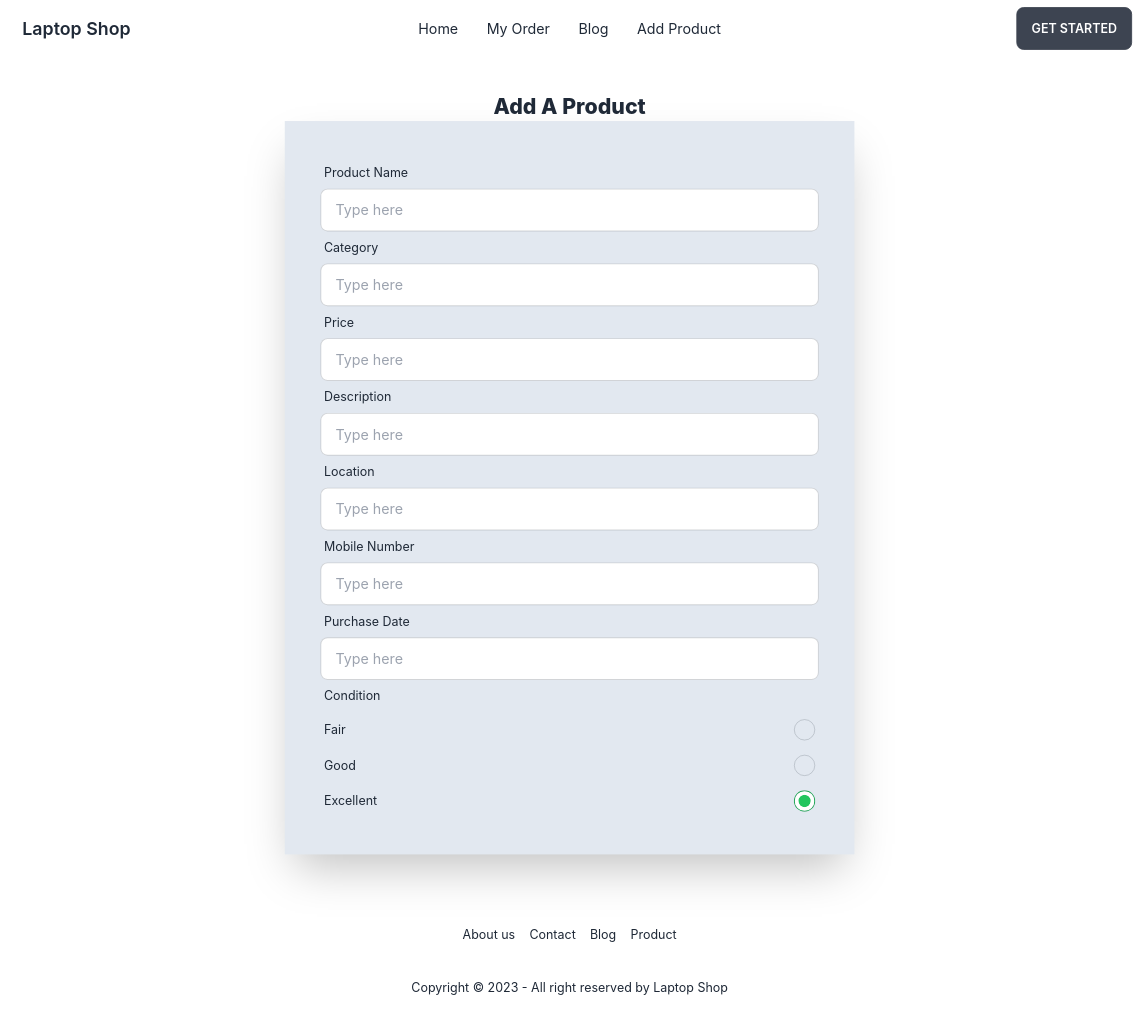
Repository: mdsajib50/E-commerce
Page: /add-product
An editor plug-in stored every save of this project. The page is shown before and after the next save, followed by the edit.
The browser window is 1280 px wide. The pictures show the whole page, at 89% of full size.
The project was rebuilt for these pictures with package versions that can differ from the ones it lists, and the page was loaded fresh each time. Also part of the build but not shown: src/Pages/Home/Banner/Banner.js, src/Pages/Home/Product/ProductCard.js, src/Pages/Home/Product/Product.js, src/Pages/Home/Home/Home.js.

Above is the page before, as saved 2023-01-11 23:21:43.

### src/App.js
import logo from './logo.svg';
import './App.css';
import { RouterProvider } from 'react-router';
import router from './Routes/Router';

function App() {
  return (
    <div className="App">
        <RouterProvider router={router}></RouterProvider>
    </div>
  );
}

export default App;

### src/Routes/Router.js
import React from 'react';
import { createBrowserRouter } from 'react-router-dom';
import Main from '../Layout/Main/Main';
import AddProduct from '../Pages/AddProduct/AddProduct';
import Home from '../Pages/Home/Home/Home';

const router = createBrowserRouter([
    {
        path: '/',
        element: <Main></Main>,
        children:[
            {
                path:'/',
                element:<Home></Home>
            },
            {
                path:'/home',
                element:<Home></Home>
            },
            {
                path: '/add-product',
                element: <AddProduct></AddProduct>
            }
        ]
    }
])

export default router;

### src/Layout/Main/Main.js
import React from 'react';
import { Outlet } from 'react-router';
import Footer from '../../Pages/Shared/Footer/Footer';
import Header from '../../Pages/Shared/Header/Header';

const Main = () => {
    return (
        <div>
            <Header></Header>
            <Outlet></Outlet>
            <Footer></Footer>
        </div>
    );
};

export default Main;

### src/Pages/AddProduct/AddProduct.js
import React from 'react';

const AddProduct = () => {
    return (
        <div className='my-10'>
            <h1 className='text-center font-extrabold text-2xl'>Add A Product</h1>
           <div className=' text-center w-1/2 mx-auto shadow-2xl bg-slate-200 p-10 mt'>
                <form>
                    <div className="form-control">
                        <label className="label">
                            <span className="label-text">Product Name</span>
                        </label>
                        <input type="text" name='product_name' placeholder="Type here" className="input input-bordered" />
                    </div>
                    <div className="form-control">
                        <label className="label">
                            <span className="label-text">Category</span>
                        </label>
                        <input type="text" name='category' placeholder="Type here" className="input input-bordered" />
                    </div>
                    <div className="form-control">
                        <label className="label">
                            <span className="label-text">Price</span>
                        </label>
                        <input type="text" name='price' placeholder="Type here" className="input input-bordered" />
                    </div>
                    <div className="form-control">
                        <label className="label">
                            <span className="label-text">Description</span>
                        </label>
                        <input type="text" name='description' placeholder="Type here" className="input input-bordered" />
                    </div>
                    <div className="form-control">
                        <label className="label">
                            <span className="label-text">Location</span>
                        </label>
                        <input type="text" name='location' placeholder="Type here" className="input input-bordered" />
                    </div>
                    <div className="form-control">
                        <label className="label">
                            <span className="label-text">Mobile Number</span>
                        </label>
                        <input type="text" name='mobile' placeholder="Type here" className="input input-bordered" />
                    </div>
                    <div className="form-control">
                        <label className="label">
                            <span className="label-text">Purchase Date </span>
                        </label>
                        <input type="text" name='date' placeholder="Type here" className="input input-bordered" />
                    </div>
                    <div className="form-control rounded-xl">
                    <label className="label">
                            <span className="label-text">Condition </span>
                        </label>
                        <div className="form-control">
                            <label className="label cursor-pointer">
                                <span className="label-text">Fair</span>
                                <input type="radio" value='fair' name="condition" className="radio checked:bg-red-500" checked />
                            </label>
                            </div>
                            <div className="form-control">
                            <label className="label cursor-pointer">
                                <span className="label-text">Good</span>
                                <input type="radio" value='good' name="condition" className="radio checked:bg-blue-500" checked />
                            </label>
                        </div>
                            <div className="form-control">
                            <label className="label cursor-pointer">
                                <span className="label-text">Excellent</span>
                                <input type="radio" value='excellent' name="condition" className="radio checked:bg-green-500" checked />
                            </label>
                        </div>
                    </div>
                    </form>
           </div>
        </div>
    );
};

export default AddProduct;

### src/Pages/Shared/Footer/Footer.js
import React from 'react';

const Footer = () => {
    return (
        <footer className="footer footer-center p-10 text-base-content rounded mt-10">
            <div className="grid grid-flow-col gap-4">
                <a className="link link-hover">About us</a>
                <a className="link link-hover">Contact</a>
                <a className="link link-hover">Blog</a>
                <a className="link link-hover">Product</a>
            </div>
            <div>
                <p>Copyright © 2023 - All right reserved by Laptop Shop</p>
            </div>
</footer>
    );
};

export default Footer;

### src/Pages/Shared/Header/Header.js
import React from 'react';
import { Link } from 'react-router-dom';

const Header = () => {
    return (
        <div className="navbar bg-base-100">
        <div className="navbar-start">
            <div className="dropdown">
            <label tabIndex={0} className="btn btn-ghost lg:hidden">
                <svg xmlns="http://www.w3.org/2000/svg" className="h-5 w-5" fill="none" viewBox="0 0 24 24" stroke="currentColor"><path strokeLinecap="round" strokeLinejoin="round" strokeWidth="2" d="M4 6h16M4 12h8m-8 6h16" /></svg>
            </label>
            <ul tabIndex={0} className="menu menu-compact dropdown-content mt-3 p-2 shadow bg-base-100 rounded-box w-52">
                <li><Link to='/home'>Home</Link></li>
                <li><Link to='/myorder'>My Order</Link></li>
                <li><Link to='/blog'>Blog</Link></li>
                <li><Link to='/add-product'>Add A Product</Link></li>
            </ul>
            </div>
            <a className="btn btn-ghost normal-case text-xl">Laptop Shop</a>
        </div>
        <div className="navbar-center hidden lg:flex">
            <ul className="menu menu-horizontal px-1">
                <li><Link to='/home'>Home</Link></li>
                <li><Link to='/myorder'>My Order</Link></li>
                <li><Link to='/blog'>Blog</Link></li>
                <li><Link to='/add-product'>Add Product</Link></li>
            </ul>
        </div>
        <div className="navbar-end">
            <a className="btn">Get started</a>
        </div>
</div>
    );
};

export default Header;

Loaded but not shown: src/index.js (common file); src/index.css (common file); src/reportWebVitals.js (common file); src/App.css (common file); tailwind.config.js (common file)

After the next save:
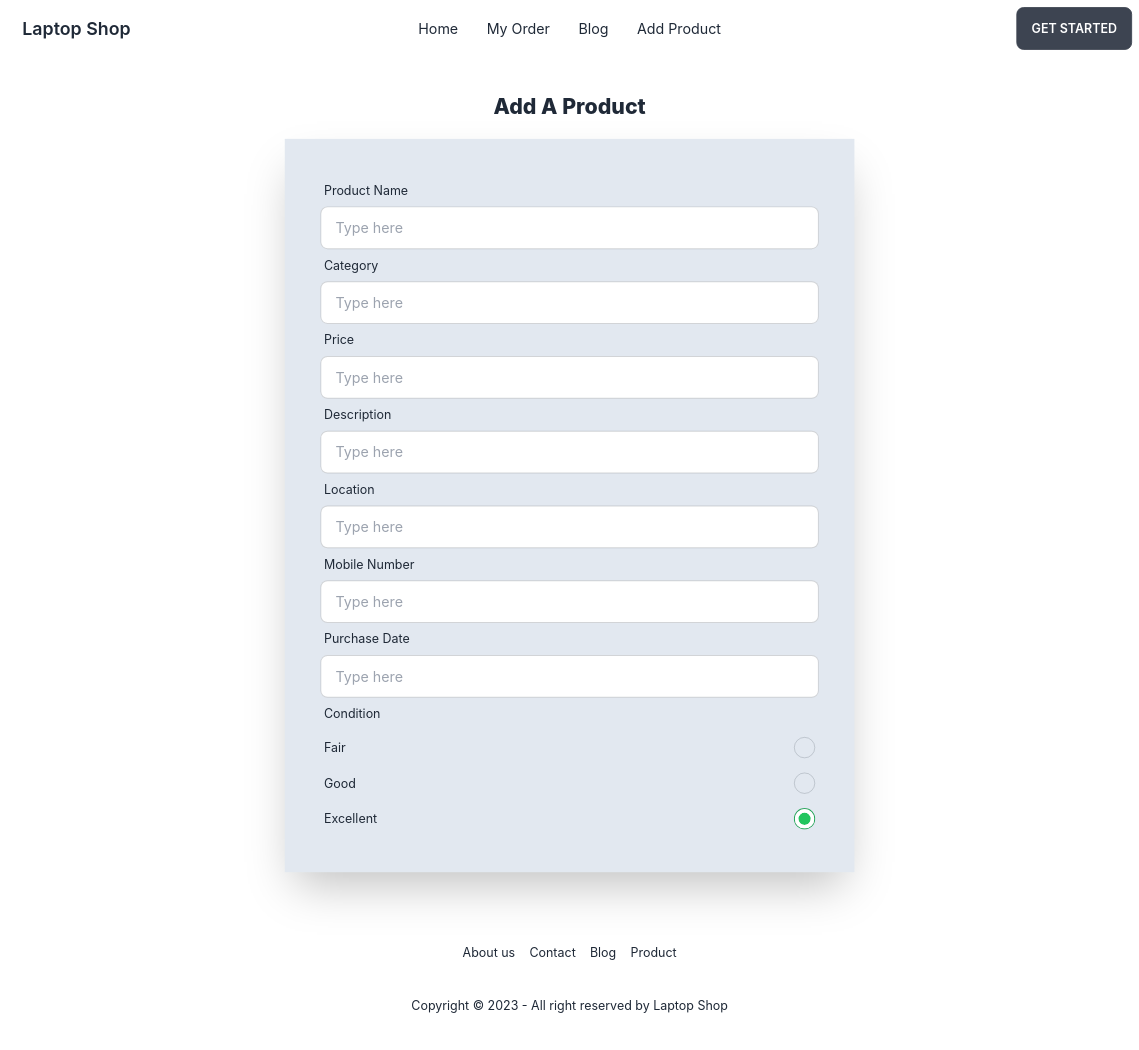
Saved 7 s later.
--- a/src/Pages/AddProduct/AddProduct.js
+++ b/src/Pages/AddProduct/AddProduct.js
@@ -4,7 +4,7 @@ const AddProduct = () => {
     return (
         <div className='my-10'>
             <h1 className='text-center font-extrabold text-2xl'>Add A Product</h1>
-           <div className=' text-center w-1/2 mx-auto shadow-2xl bg-slate-200 p-10 mt'>
+           <div className=' text-center w-1/2 mx-auto shadow-2xl bg-slate-200 p-10 mt-5'>
                 <form>
                     <div className="form-control">
                         <label className="label">
